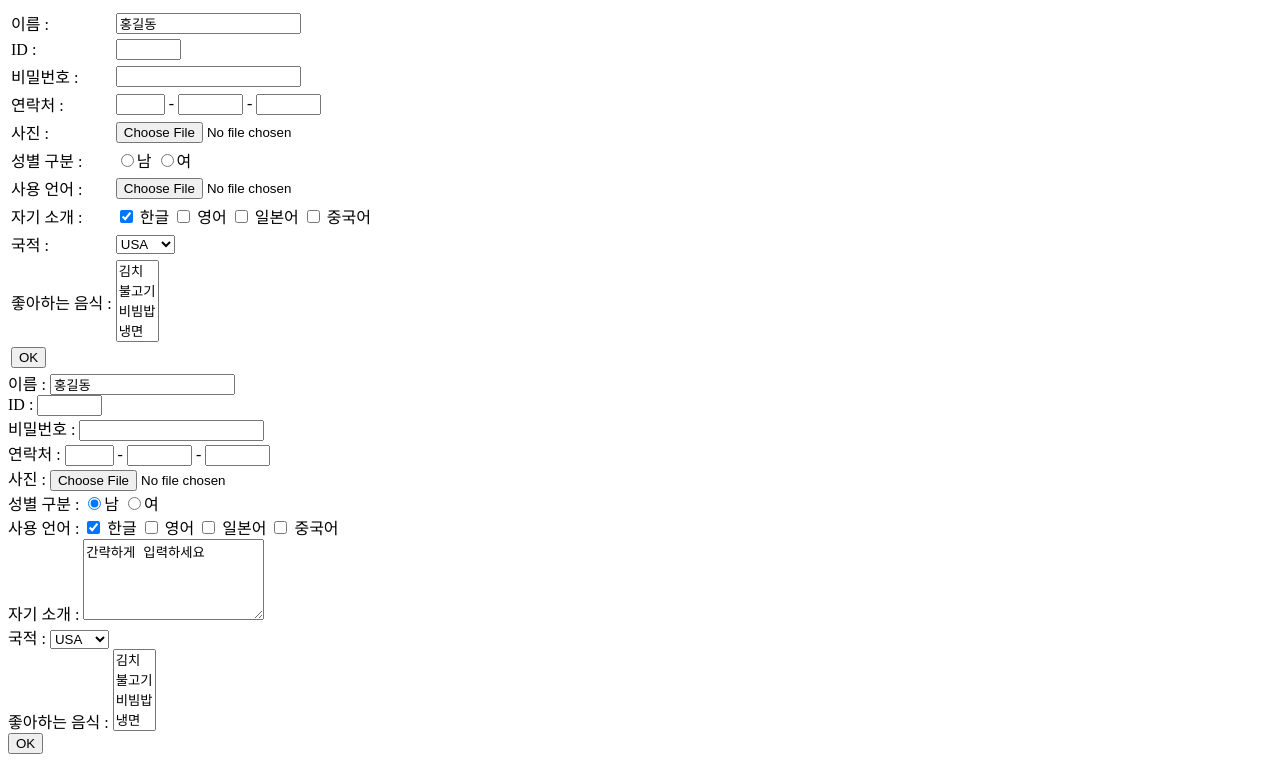
Repository: HyeogDo/Study_Java
Page: JSP/HTML/src/main/webapp/Lec07.html
The author's editor kept a copy of each file at every save. The page is drawn from the files as they stood at one save, then again after the next save.
The browser window is 1280 px wide. The pictures show the whole page.

Above is the page before, as saved 2022-03-15 05:36:34.

After the next save:
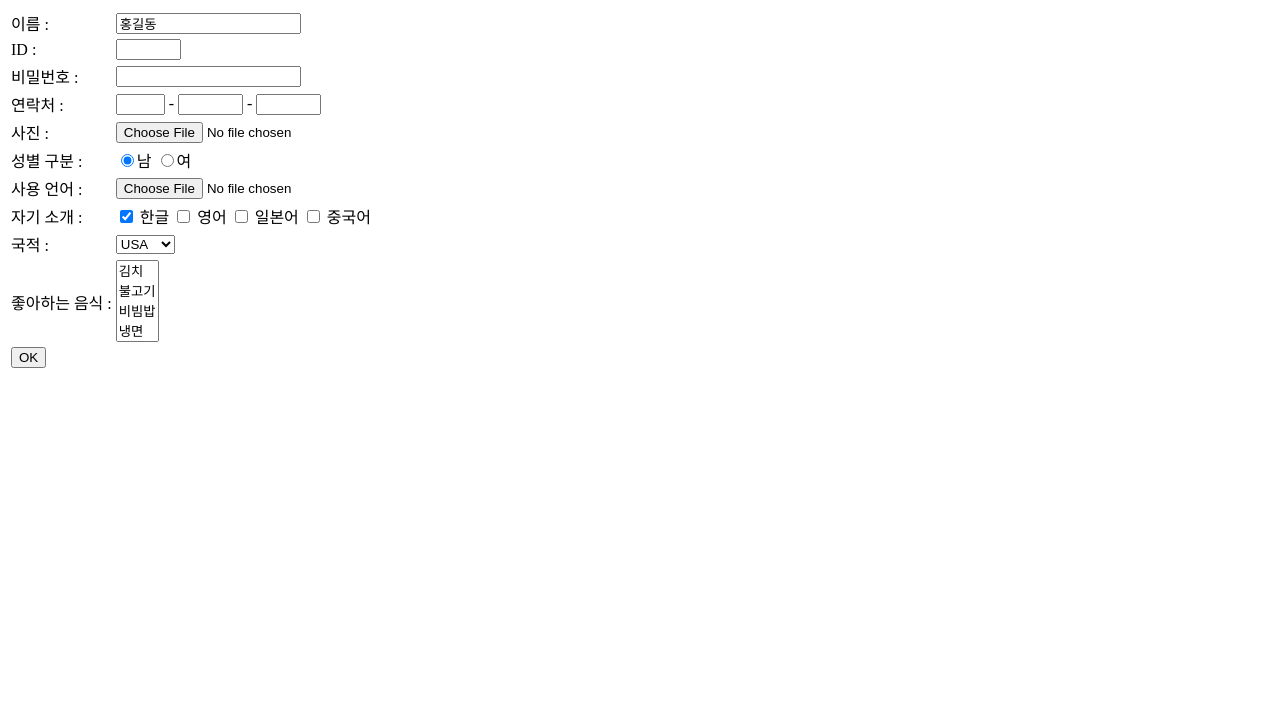
Saved 8 s later.
--- a/JSP/HTML/src/main/webapp/Lec07.html
+++ b/JSP/HTML/src/main/webapp/Lec07.html
@@ -69,37 +69,7 @@
 					<td><input type="submit" name="okBtn" value="OK"></td>
 				</tr>
 			</table>
-			이름 : <input type="text" name="userName" value="홍길동"><br>
-			ID : <input type="text" name="userId" size="5"><br>
-			비밀번호 : <input type="password" name="userPassword"><br>
-			연락처 : <input type="text" name="userPhoneNum1" size = "3" maxlength="3"> - <input type="text" name="userPhoneNum2" size = "5" maxlength="4" > - <input type="text" name="userPhoneNum3" size = "5" maxlength="4"><br>
-			사진 : <input type="file" name="picture"><br>
-			성별 구분 : <input type="radio" name="gender" value="man" checked="checked">남
-					<input type="radio" name="gender" value="woman" >여<br>
-			사용 언어 :
-				<input type="checkbox" name = "lang" value="kor" checked="checked"> 한글
-				<input type="checkbox" name = "lang" value="eng" > 영어
-				<input type="checkbox" name = "lang" value="jpn" > 일본어
-				<input type="checkbox" name = "lang" value="chn" > 중국어<br>
-			자기 소개 :
-				<textarea name="selfIntroduce" rows="5" cols="20">간략하게 입력하세요</textarea><br>
-			국적 :
-				<select name="nationality">
-					<option>Korea</option>
-					<option selected="selected">USA</option>
-					<option>Japan</option>
-					<option>China</option>
-				</select><br>
-			좋아하는 음식 :
-				<select name="food" multiple="multiple">
-					<option>김치</option>
-					<option>불고기</option>
-					<option>비빔밥</option>
-					<option>냉면</option>
-					<option>순대</option>
-					<option>파전</option>
-				</select><br>
-			<input type="submit" name="okBtn" value="OK">
+
 		</form>
 
 
